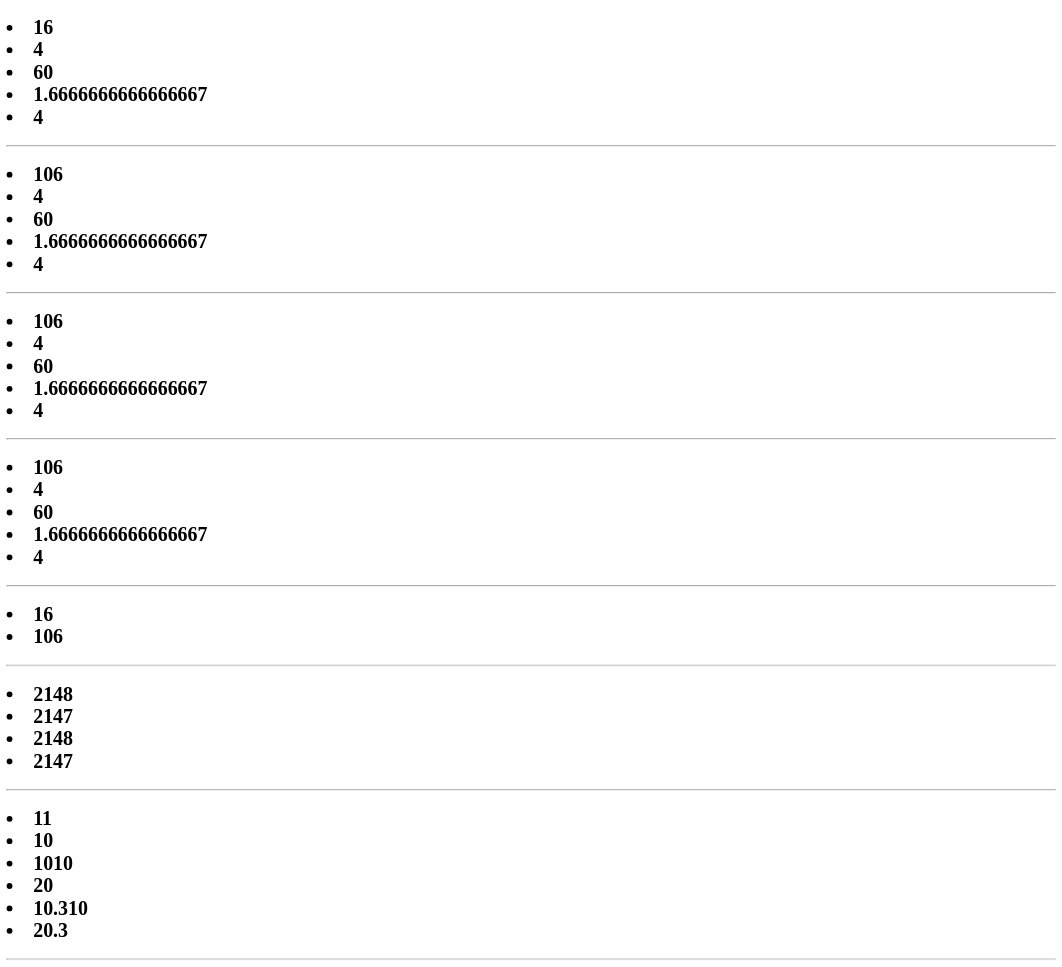
Repository: ady0099/webstudy
Page: 03_javascript/src/main/webapp/day03/ex01_number.html
An editor plug-in stored every save of this project. The page is shown before and after the next save, followed by the edit.
The browser window is 1280 px wide. The pictures show the whole page, at 83% of full size.

Above is the page before, as saved 2023-06-29 01:47:03.

### 03_javascript/src/main/webapp/day03/ex01_number.html
<!DOCTYPE html>
<html>
	<head>
		<meta charset="UTF-8">
		<title>Number 클래스</title>
		<script type="text/javascript">
			var s1 = 10;
			var s2 = 6;
			document.write("<h2>");
			document.write("<li>"+(s1+s2)+"</li>");
			document.write("<li>"+(s1-s2)+"</li>");
			document.write("<li>"+(s1*s2)+"</li>");
			document.write("<li>"+(s1/s2)+"</li>");
			document.write("<li>"+(s1%s2)+"</li>");
			document.write("</h2>");
			document.write("<hr>");

			var s1 = "10";
			var s2 = "6";
			document.write("<h2>");
			document.write("<li>"+(s1+s2)+"</li>"); // 계산X, 문자열 결합
			document.write("<li>"+(s1-s2)+"</li>"); // 이하 계산가능
			document.write("<li>"+(s1*s2)+"</li>");
			document.write("<li>"+(s1/s2)+"</li>");
			document.write("<li>"+(s1%s2)+"</li>");
			document.write("</h2>");
			document.write("<hr>");

			var s1 = 10;
			var s2 = "6";
			document.write("<h2>");
			document.write("<li>"+(s1+s2)+"</li>"); // 계산X, 문자열 결합
			document.write("<li>"+(s1-s2)+"</li>"); // 이하 계산가능
			document.write("<li>"+(s1*s2)+"</li>");
			document.write("<li>"+(s1/s2)+"</li>");
			document.write("<li>"+(s1%s2)+"</li>");
			document.write("</h2>");
			document.write("<hr>");

			var s1 = "10";
			var s2 = 6;
			document.write("<h2>");
			document.write("<li>"+(s1+s2)+"</li>"); // 계산X, 문자열 결합
			document.write("<li>"+(s1-s2)+"</li>"); // 이하 계산가능
			document.write("<li>"+(s1*s2)+"</li>");
			document.write("<li>"+(s1/s2)+"</li>");
			document.write("<li>"+(s1%s2)+"</li>");
			document.write("</h2>");
			document.write("<hr>");

			// 숫자를 문자열로 변경 toString()
			s1 = 10;
			s2 = 6;
			document.write("<h2>");
			document.write("<li>" +(s1+s2)+"</li>");
			document.write("<li>" +(s1.toString()+s2)+"</li>");
			document.write("</h2>");
			document.write("<hr>");

			// toFixed(자릿수) : 지정된 소숫점 이하 자릿수 작성(반올림), 음수는 사용 못함
			document.write("<h2>");
			s1 = 2147.656;
			s2 = 2147.444

			document.write("<li>"+s1.toFixed(0)+"</li>"); // 2148
			document.write("<li>"+s2.toFixed(0)+"</li>"); // 2147

			document.write("<li>"+s1.toFixed(0)+"</li>"); // 2147.7
			document.write("<li>"+s2.toFixed(0)+"</li>"); // 2147.4


			document.write("</h2>");
			document.write("<hr>");


			// 문자열을 숫자로 변환 : Number, parseInt, parseFloat
			// Non(Not a Number) : 숫자가 들어갈 자리에 숫자가 아닌 다른 값이 들어오면 표시되는 예약어
			// isNaN : NaN을 확인하는 함수(Nan이면 true, 아니면 false);
			document.write("<h2>");
			document.write("<li>"+(Number(true)+10)+"</li>"); 	// 11
			document.write("<li>"+(Number(false)+10)+"</li>"); 	// 10
			document.write("<li>"+("10"+10)+"</li>"); 			// 1010
			document.write("<li>"+(Number("10")+10)+"</li>"); 	// 20
			document.write("<li>"+("10.3"+10)+"</li>"); 		// 10.310
			document.write("<li>"+(Number("10.3")+10)+"</li>"); // 20.3
			document.write("</h2>");
			document.write("<hr>");


		</script>
	</head>
	<body>

	</body>
</html>

After the next save:
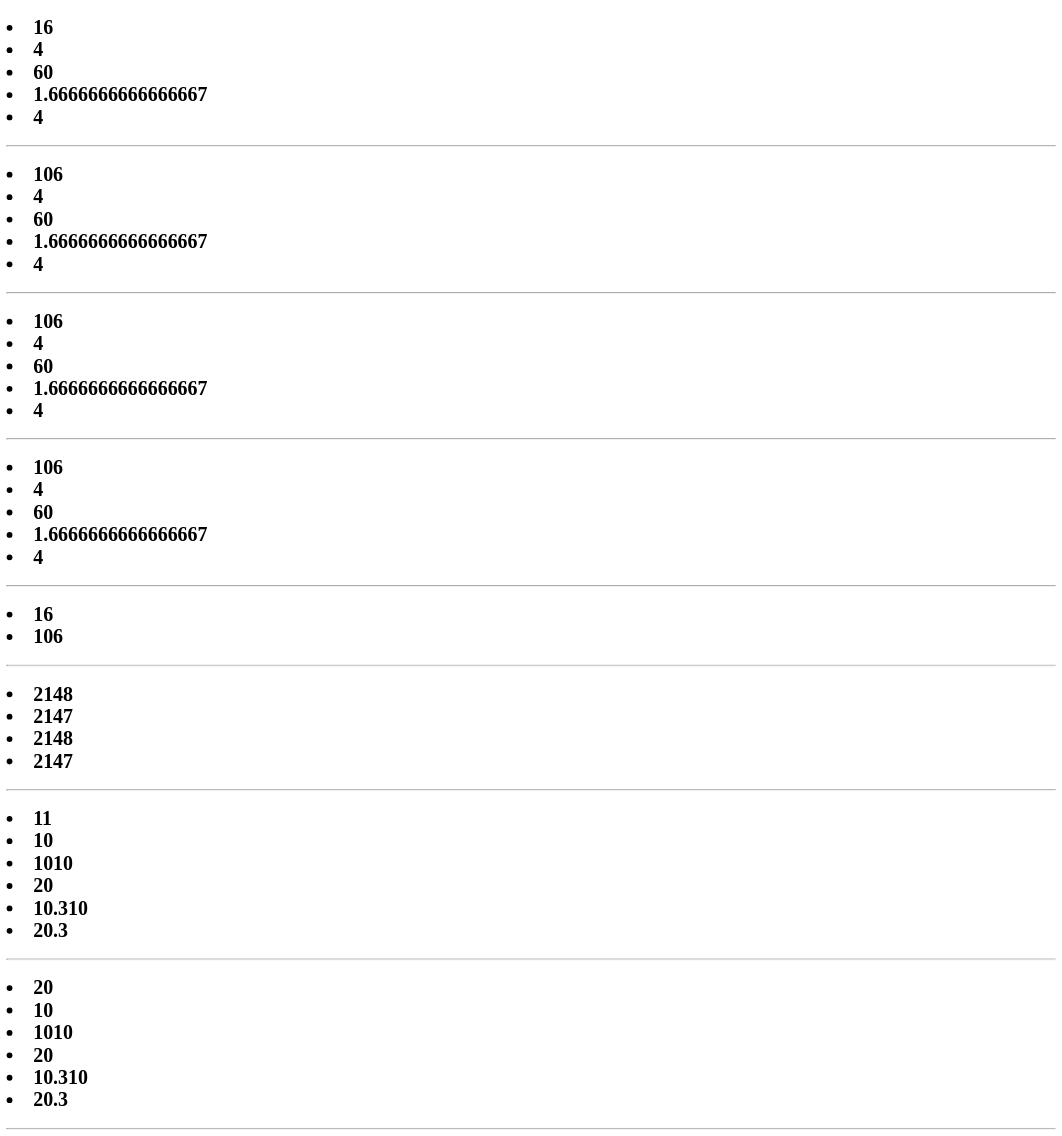
Saved 25 s later.
--- a/03_javascript/src/main/webapp/day03/ex01_number.html
+++ b/03_javascript/src/main/webapp/day03/ex01_number.html
@@ -86,6 +86,16 @@
 			document.write("</h2>");
 			document.write("<hr>");
 
+			document.write("<h2>");
+			document.write("<li>"+(Number(10,003)+10)+"</li>"); 	// 11
+			document.write("<li>"+(Number(false)+10)+"</li>"); 	// 10
+			document.write("<li>"+("10"+10)+"</li>"); 			// 1010
+			document.write("<li>"+(Number("10")+10)+"</li>"); 	// 20
+			document.write("<li>"+("10.3"+10)+"</li>"); 		// 10.310
+			document.write("<li>"+(Number("10.3")+10)+"</li>"); // 20.3
+			document.write("</h2>");
+			document.write("<hr>");
+
 
 		</script>
 	</head>
